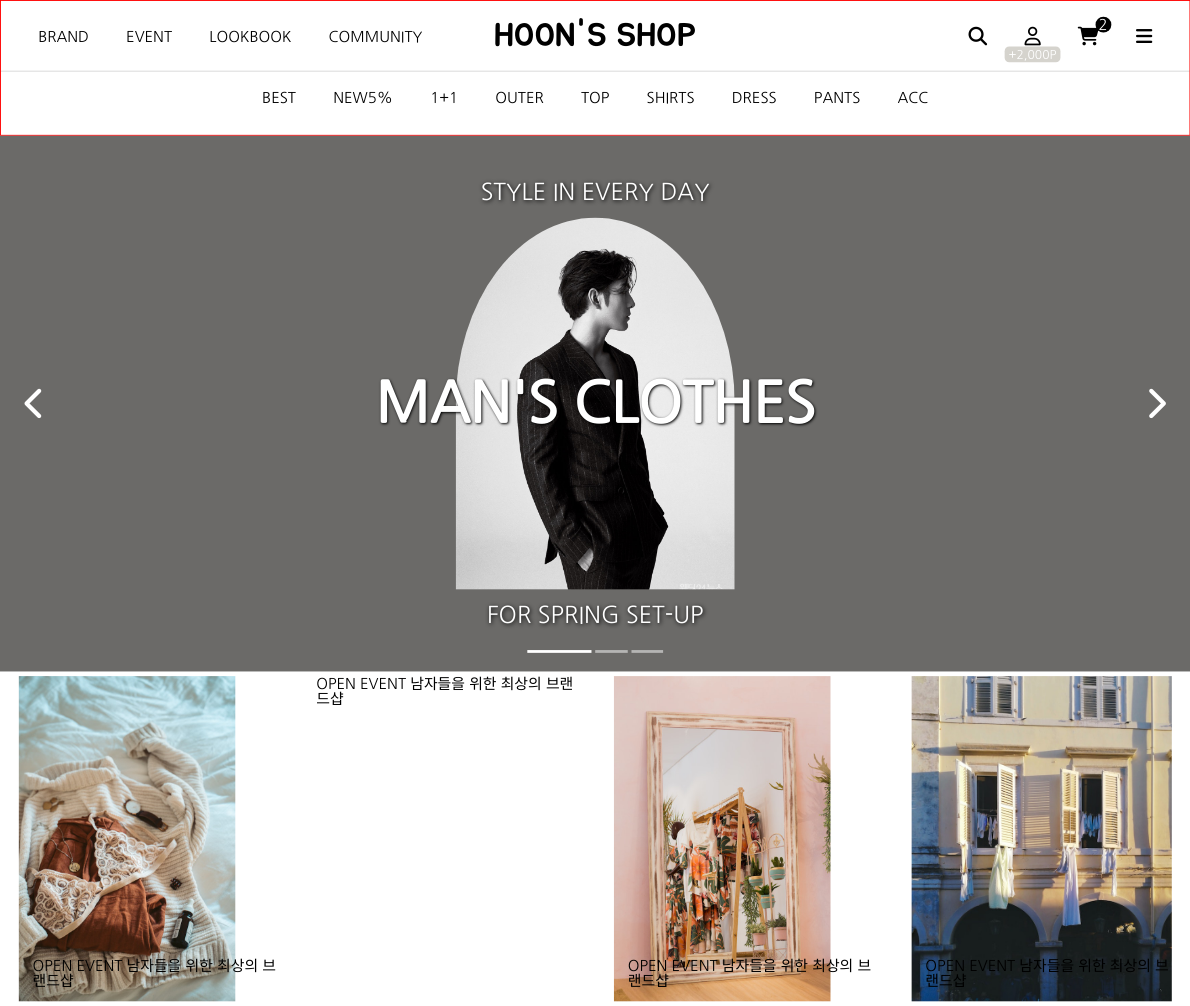
Repository: Iimchaehoon/cafeProject
Page: src/index.html
An editor plug-in stored every save of this project. The page is shown before and after the next save, followed by the edit.
The browser window is 1280 px wide. The pictures show the whole page, at 93% of full size.
Some web fonts or font styles are not loaded; a fallback is used. Some web libraries are served in a nearby version.

Above is the page before, as saved 2024-07-23 23:36:49.

After the next save:
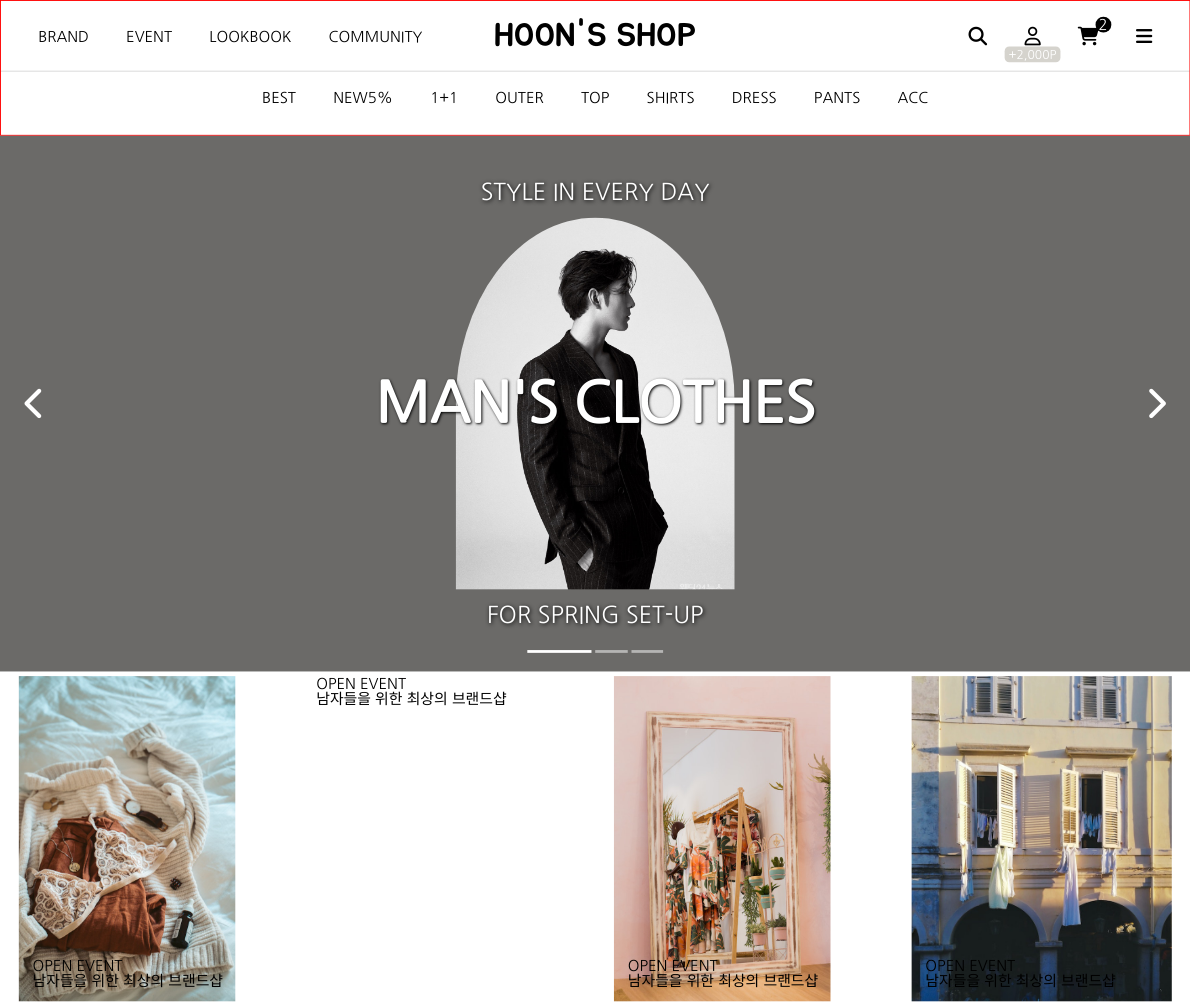
Saved 15 s later.
--- a/src/index.html
+++ b/src/index.html
@@ -97,14 +97,14 @@
       <div class="main__intro-container-img">
         <img class="main__intro-image" src="/assets/intro-01.jpg" alt="" />
         <div class="main__intro-text-container">
-          <h class="main__intro-title">OPEN EVENT</h>
+          <h2 class="main__intro-title">OPEN EVENT</h2>
           <span class="main__intro-description"
             >남자들을 위한 최상의 브랜드샵</span
           >
         </div>
       </div>
       <div class="main__intro-container">
-        <h class="main__intro-title">OPEN EVENT</h>
+        <h2 class="main__intro-title">OPEN EVENT</h2>
         <span class="main__intro-description"
           >남자들을 위한 최상의 브랜드샵</span
         >
@@ -113,7 +113,7 @@
         <img class="main__intro-image" src="/assets/intro-02.jpg" alt="" />
 
         <div class="main__intro-text-container">
-          <h class="main__intro-title">OPEN EVENT</h>
+          <h2 class="main__intro-title">OPEN EVENT</h2>
           <span class="main__intro-description"
             >남자들을 위한 최상의 브랜드샵</span
           >
@@ -123,7 +123,7 @@
         <img class="main__intro-image" src="/assets/intro-03.jpg" alt="" />
 
         <div class="main__intro-text-container">
-          <h class="main__intro-title">OPEN EVENT</h>
+          <h2 class="main__intro-title">OPEN EVENT</h2>
           <span class="main__intro-description"
             >남자들을 위한 최상의 브랜드샵</span
           >
